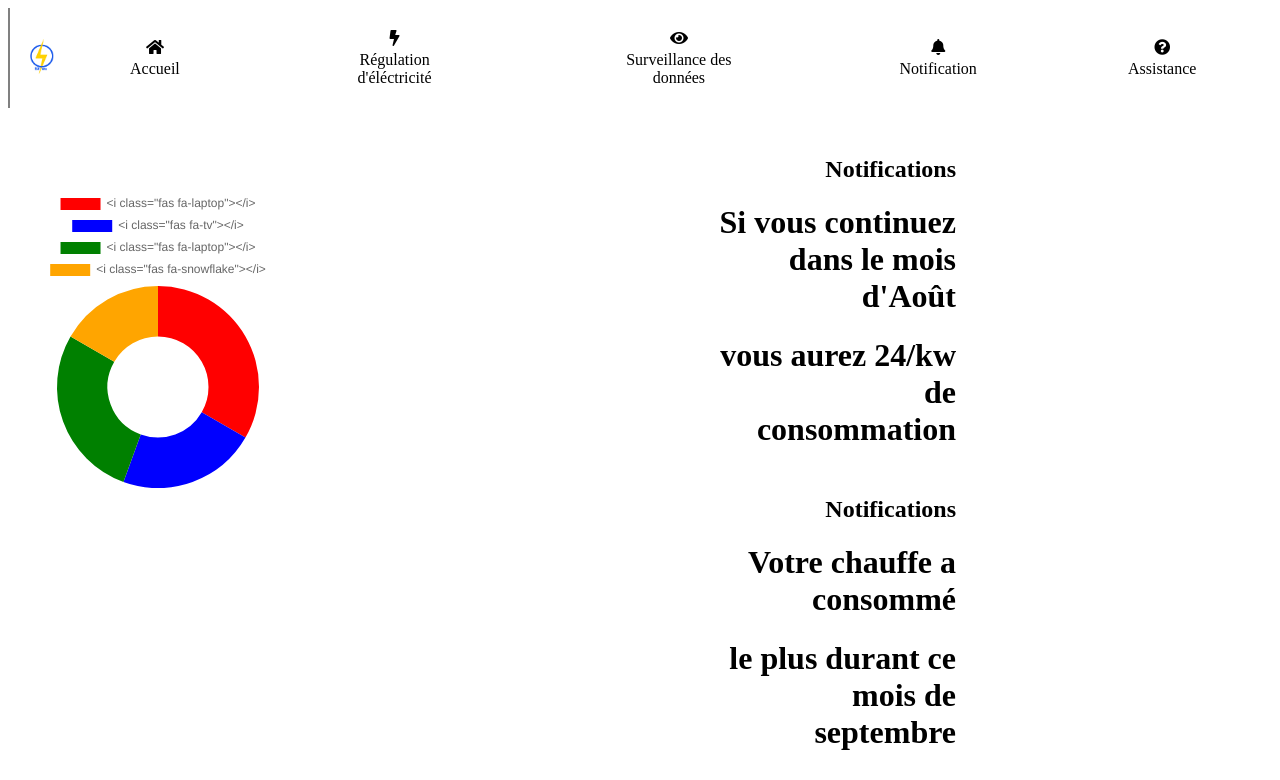
Repository: hamdia200/OSC-Ecowiz
Page: http://localhost/accueil
An editor plug-in stored every save of this project. The page is shown before and after a run of saves, followed by the edit.
The browser window is 1280 px wide. The pictures show the whole page.
The page is served by the project's Laravel application, run on PHP 8.4 with Laravel 10. Other server files are loaded and not shown.

Above is the page before, as saved 2023-08-18 13:19:28.

### routes/web.php
<?php

use Illuminate\Support\Facades\Route;

/*
|--------------------------------------------------------------------------
| Web Routes
|--------------------------------------------------------------------------
|
| Here is where you can register web routes for your application. These
| routes are loaded by the RouteServiceProvider and all of them will
| be assigned to the "web" middleware group. Make something great!
|
*/

Route::get('/', function () {
    return view('welcome');
});

Route::get('/centrale', function () {
    return view('centrale');
});
Route::get('/accueil', function () {
    return view('accueil');
});
Route::get('/inscription', function () {
    return view('inscription');
});
Route::get('/login', function () {
    return view('login');
});
Route::get('/regulation', function () {
    return view('regulation');
});

### resources/views/accueil.blade.php
@extends ("menu")
@section('content')
<div class="container">
    <link rel="stylesheet" href="https://cdnjs.cloudflare.com/ajax/libs/font-awesome/5.15.3/css/all.min.css">
    <script src="https://cdn.jsdelivr.net/npm/chart.js"></script>
    <title>Accueil</title>
    <style>
        .notifications1{
            margin-top: 3rem;
            text-align: right;
        }

        .content{
            margin-top: 5rem;
            height: auto;
            float: left;
        }
        .notifications2{
            text-align: right;
            margin-top: 3rem;
        }

        .row{
            margin-inline: auto;
            display: grid;
            grid-template-columns: 50%  50% ;
            grid-template-rows:  auto ;
        }

        .alert{
            text-align:right;
        }

    </style>
    <body>
        <div>

        </div>
        <div class="row">
                <div class="col-md-6">
                    <div class="row">
                        <div class="col-xl-3">
                            <div class="content">
                                <canvas id="myCustomChart"></canvas>
                            </div>

                        </div>

                    </div>

                </div>

                <div class="row">
                    <div class="col-xl-3">
                        <div class="notifications1">
                            <h2 class="alert">Notifications</h2>
                            <ul id="notificationList">
                                <h1> Si vous continuez dans le mois d'Août </h1> <h1> vous aurez 24/kw de consommation </h1>
                            </ul>
                        </div>

                        <div class="notifications2">
                            <h2>Notifications</h2>
                            <ul id="notificationList">
                                <h1> Votre chauffe a consommé </h1> <h1> le plus durant ce mois de septembre </h1>
                            </ul>
                        </div>
                    </div>
                </div>


                <script>
                    var ctx = document.getElementById('myCustomChart').getContext('2d');
                    var data = {
                        labels: ['<i class="fas fa-laptop"></i>', '<i class="fas fa-tv"></i>', '<i class="fas fa-laptop"></i>', '<i class="fas fa-snowflake"></i>'],
                        datasets: [{
                            data: [30, 20, 25, 15],
                            backgroundColor: [
                                'red',
                                'blue',
                                'green',
                                'orange'
                            ],
                                // hoverBackgroundColor: [
                                // 'url(chemin_vers_image_appareil_1)',
                                // 'url(chemin_vers_image_appareil_2)',
                                // 'url(chemin_vers_image_appareil_3)',
                                // 'url(chemin_vers_image_appareil_4)'
                                // ],
                                borderWidth: 0,
                                hoverBorderWidth: 0
                        }],
                    };

                    var options = {
                        responsive: true,
                        maintainAspectRatio: false,

                    };

                    var myChart = new Chart(ctx, {
                        type: 'doughnut',
                        data: data,
                        options: options,
                    });
                </script>
        </div>
    </body>

    </html>
</div>
@endsection

### resources/views/menu.blade.php
<!DOCTYPE html>
<html>
    <head>
        <meta charset="UTF-8">
        <meta name="viewport" content="width=device-width, initial-scale=1.0">
        <link rel="stylesheet" href="{{asset('bootstrap-5/css/bootstrap.min.css')}}">
        <link rel="stylesheet" href="{{asset('icofont/icofont.min.css')}}">
        <link rel="stylesheet" href="https://cdnjs.cloudflare.com/ajax/libs/font-awesome/5.15.3/css/all.min.css">

        <title>menu</title>
        <style>
        .menu-horizontal {
            list-style-type: none;
            display: flex;
            align-items: center; /* Aligne les éléments au centre horizontalement */
            padding: 0;
            margin: 0;
            border-left: 2px solid gray;
            border-top: none;
            background-color: white;
            height:100px;
        }

        .menu-horizontal li{
            margin: 0 2cm;
            padding: 0;
        }

        .menu-item {
            display: flex;
            flex-direction: column;
            align-items: center;
            justify-content: center;
            border-left: 2p;
        }

        .menu-icon {
            width: 50px;
            height: 50px;
        }

        .menu-text {
            font-size: 16px;
            margin-top: 5px;
            text-align: center;
        }
        .logo {
            padding-left: 20px;
            height: 35px;
        }
        </style>
    </head>

    <body>
        <header>
                <ul class="menu-horizontal fixed-top">
                    <div class="header">
                        <img src="{{asset('/image/ecow.png')}}" alt="" class="logo">
                    </div>
                    <li>
                        <span class="menu-item">
                            <!-- <img src="{{asset('image/elect.png') }}" alt="Icone 1" class="menu-icon"> -->
                            <i class="fas fa-home"></i><span class="menu-text">Accueil</span>
                        </span>
                    </li>
                    <li>
                        <span class="menu-item">
                            <!-- <img src="{{asset('image/donnee.png') }}" alt="Icone 1" class="menu-icon"> -->
                            <i class="fas fa-bolt"></i><span class="menu-text">Régulation d'éléctricité </span>
                        </span>
                    </li>

                    <li>
                        <span class="menu-item">
                            <!-- <img src="{{asset('image/donnee.png') }}" alt="Icone 1" class="menu-icon"> -->
                            <i class="fas fa-eye"></i><span class="menu-text">Surveillance des données </span>
                        </span>
                    </li>
                    <li>
                        <span class="menu-item">
                            <!-- <img src="{{asset('image/sup.png') }}" alt="Icone 1" class="menu-icon"> -->
                            <i class="fas fa-bell"></i><span class="menu-text">Notification</span>
                        </span>
                    </li>
                    <li>
                        <span class="menu-item">
                            <!-- <img src="{{asset('image/assist.png') }}" alt="Icone 1" class="menu-icon"> -->
                            <i class="fas fa-question-circle"></i><span class="menu-text">Assistance</span>
                        </span>
                    </li>
                </ul>

        </header>
        <div class="container">
                @yield('content')
        </div>

    </body>


</html>

After the next 4 saves:
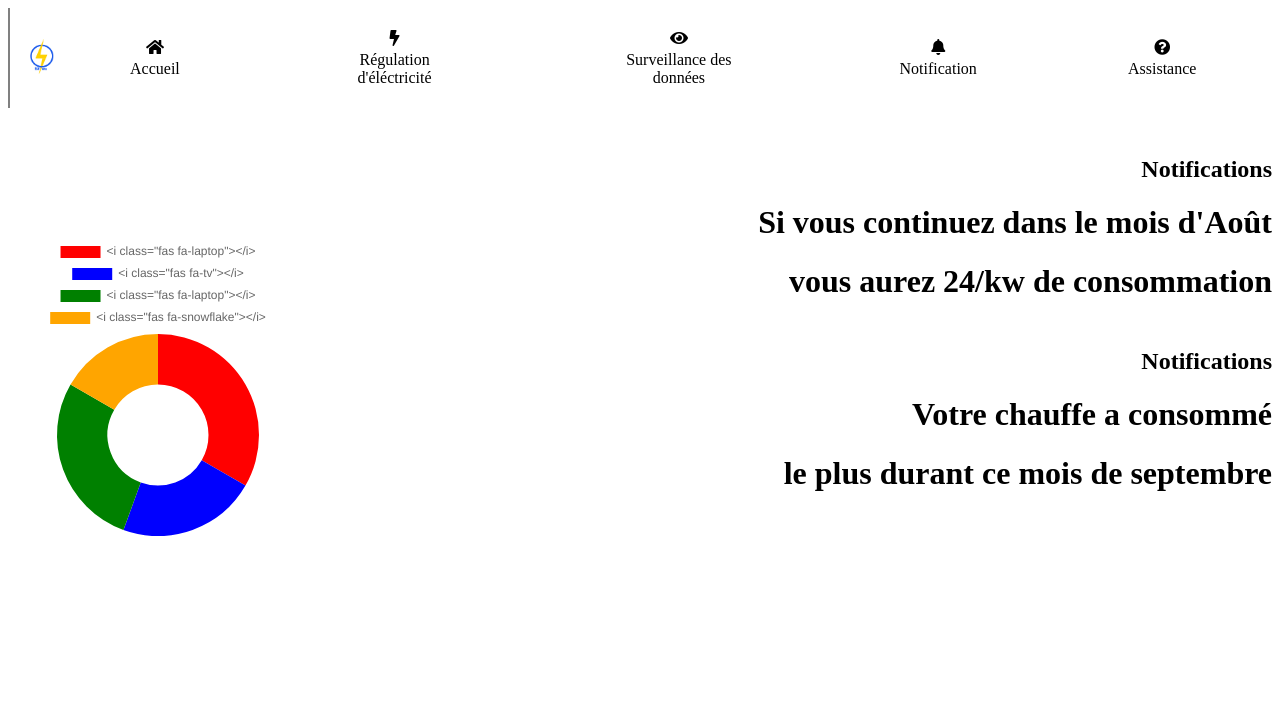
The 4 saves are shown as one change because they came seconds apart.
The last was saved 11 s later.
--- a/resources/views/accueil.blade.php
+++ b/resources/views/accueil.blade.php
@@ -22,9 +22,7 @@
 
         .row{
             margin-inline: auto;
-            display: grid;
-            grid-template-columns: 50%  50% ;
-            grid-template-rows:  auto ;
+
         }
 
         .alert{
@@ -33,9 +31,6 @@
 
     </style>
     <body>
-        <div>
-
-        </div>
         <div class="row">
                 <div class="col-md-6">
                     <div class="row">
